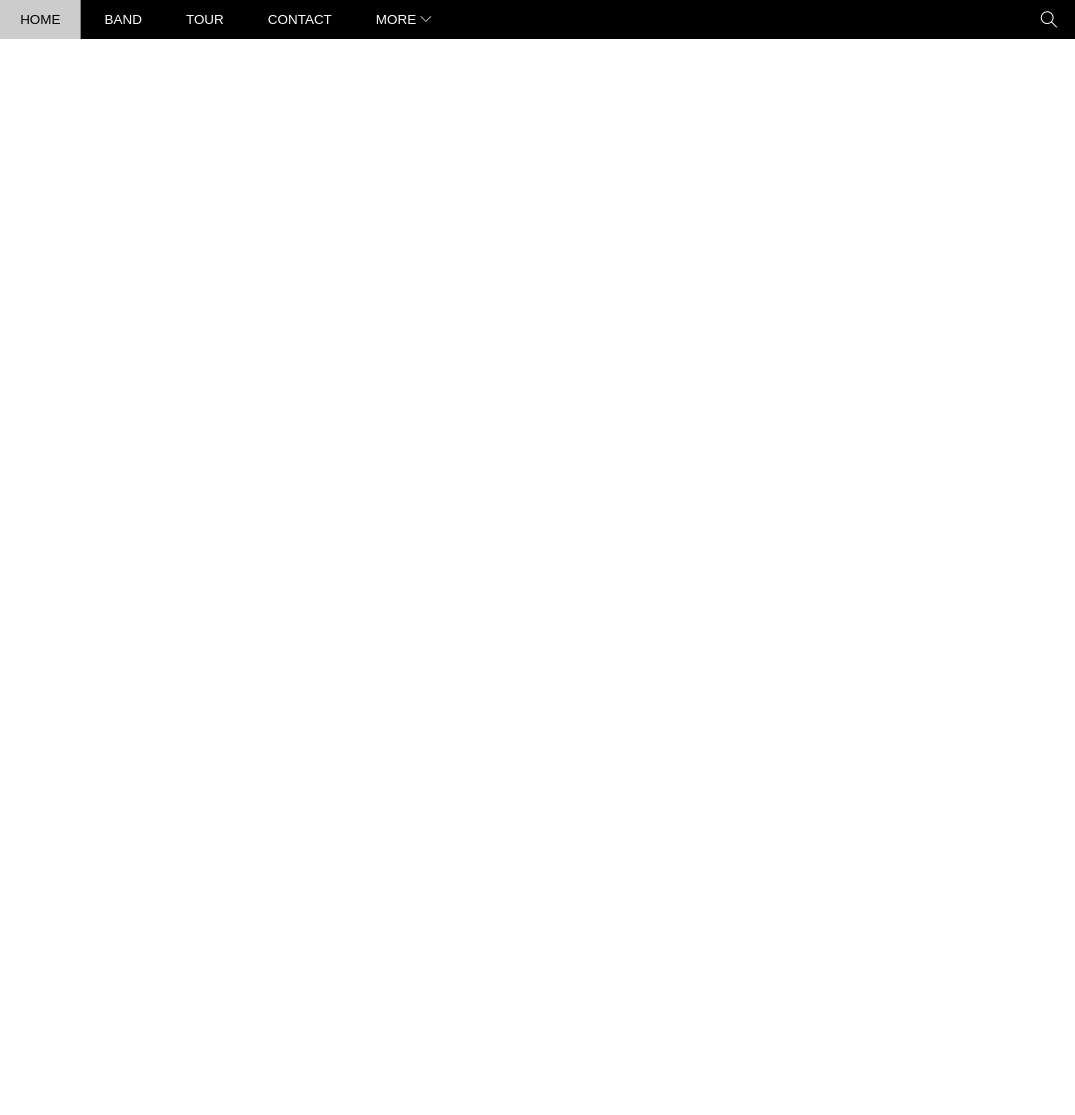
Repository: Thanhtrunghoang123/the-band
Page: index.html
The author's editor kept a copy of each file at every save. The page is drawn from the files as they stood at one save, then again after the next save.
The browser window is 1280 px wide. The pictures show the whole page, at 84% of full size.

Above is the page before, as saved 2022-07-20 20:38:07.

### index.html
<!DOCTYPE html>
<html lang="en">
<head>
    <meta charset="UTF-8">
    <meta http-equiv="X-UA-Compatible" content="IE=edge">
    <meta name="viewport" content="width=device-width, initial-scale=1.0">
    <title>Document</title>
    <link rel="stylesheet" href="./assest/css/style.css">
    <link rel="stylesheet" href="./assest/fonts/themify-icons/themify-icons.css">



</head>
<body>
    <div id="main">
        <div id="header">
            <!-- Begin: Nav -->
            <ul id="nav">
                <li><a href="">Home</a></li>
                <li><a href="">Band</a></li>
                <li><a href="">Tour</a></li>
                <li><a href="">Contact</a></li>
                <li>
                    <a href="">
                        More
                        <i class=" nav-arrow-down ti-angle-down"></i>

                    </a>
                    <ul class="subnav">
                        <li><a href="">Merchandise</a></li>
                        <li><a href="">Extras</a></li>
                        <li><a href="">Media</a></li>
                    </ul>
                </li>
            </ul>
            <!-- End: Nav -->

            <!-- Begin: Search button -->
            <div class="search-btn">
                <i class=" search-icon ti-search"></i>
            </div>
            <!-- End: Search button -->



        </div>

        <div id="slider">

        </div>

        <div id="content">

        </div>

        <div id="footer">

        </div>
    </div>
</body>
</html>

### assest/css/style.css
*{
    margin: 0;
    padding: 0;
    box-sizing: border-box;
}

html{
    font-family: Arial, Helvetica, sans-serif;
}
#main{

}

#header{
    height: 46.5px;
    background-color: #000;
    position: fixed;
    top: 0;
    left: 0;
    right: 0;
}
#nav {
    display: inline-block;
}
#nav , .subnav{
    list-style: none;
}
#nav > li{
    display: inline-block;
}

#nav li{
    position: relative;
}

#nav > li > a {
    color: #fff;
    text-transform: uppercase;
}
#nav li a{
    text-decoration: none;
    line-height: 46.5px;
    padding: 0px 24px;
    display: block;
}

#nav li:hover .subnav{
    display: block;
}
#nav > li:hover > a,
#nav .subnav li:hover a{
    color: #000;
    background-color: #ccc;
}

#nav .subnav{
    display: none;
    position: absolute;
    top: 100%;
    background-color: #fff;
    box-shadow: 0 0 10px rgba(0 , 0 , 0 ,0.3);
}
#nav .subnav a{
    color: #000;
    min-width: 160px;
    padding:  0px 12px;
    line-height: 38.5px;
}
#nav .nav-arrow-down{
    font-size: 14px;
}
#header .search-btn{
    float:right;
    padding: 0 21px;
}
#header .search-btn:hover {
    background-color: #f44336;
    cursor: pointer;
}
#header .search-icon {
    color: #fff;
    font-size: 20px;
    line-height: 46px;
}
#slider{
    margin-top: 46.5px;
    padding:50%;
}

#content{

}

#footer{

}

Loaded but not shown: assest/fonts/themify-icons/themify-icons.css (common file)

After the next save:
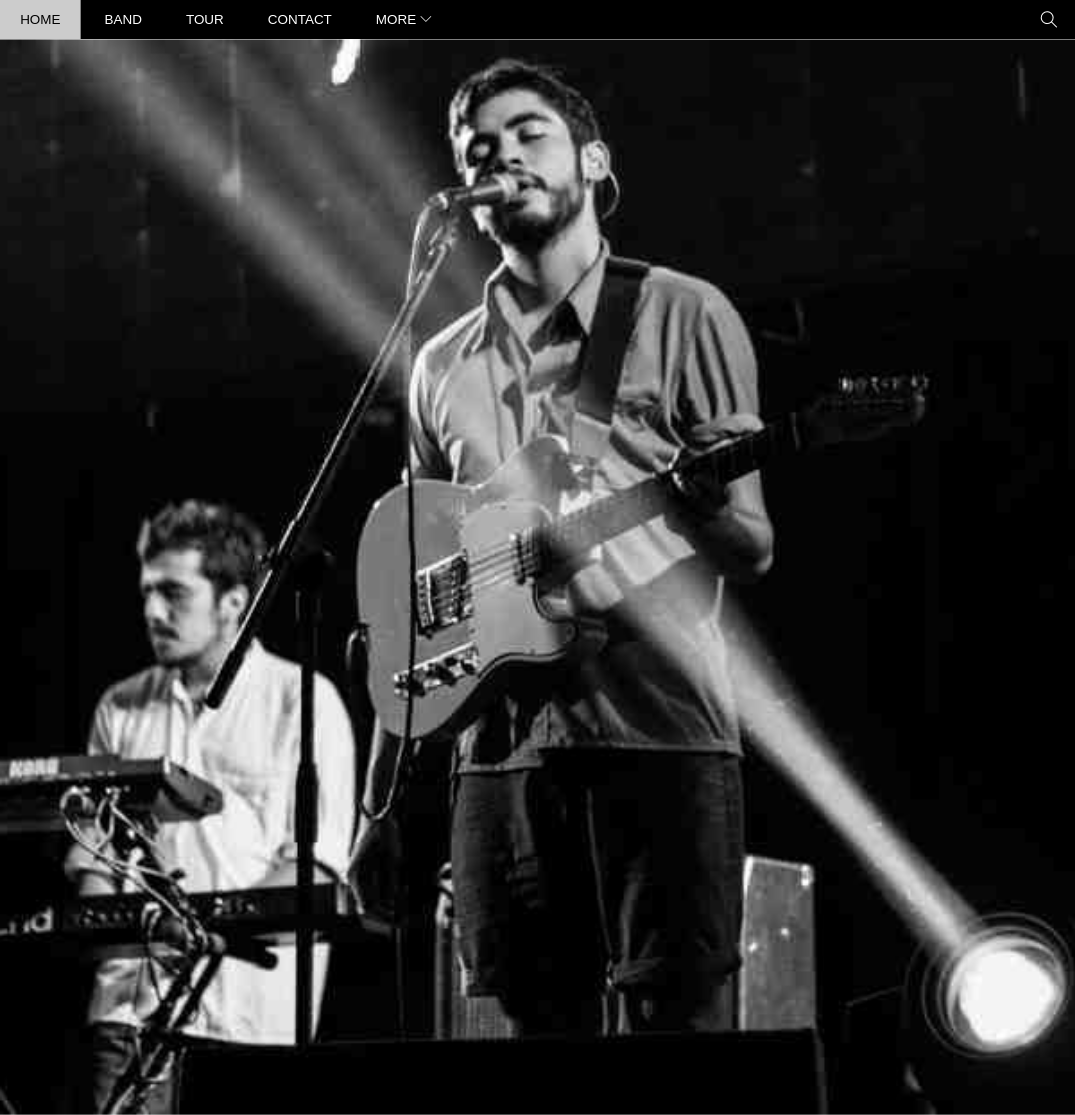
Saved 9 min 13 s later.
--- a/assest/css/style.css
+++ b/assest/css/style.css
@@ -85,6 +85,7 @@ html{
 #slider{
     margin-top: 46.5px;
     padding:50%;
+    background: url(/assest/img/slider/chicago.jpg) top center /cover no-repeat;
 }
 
 #content{
